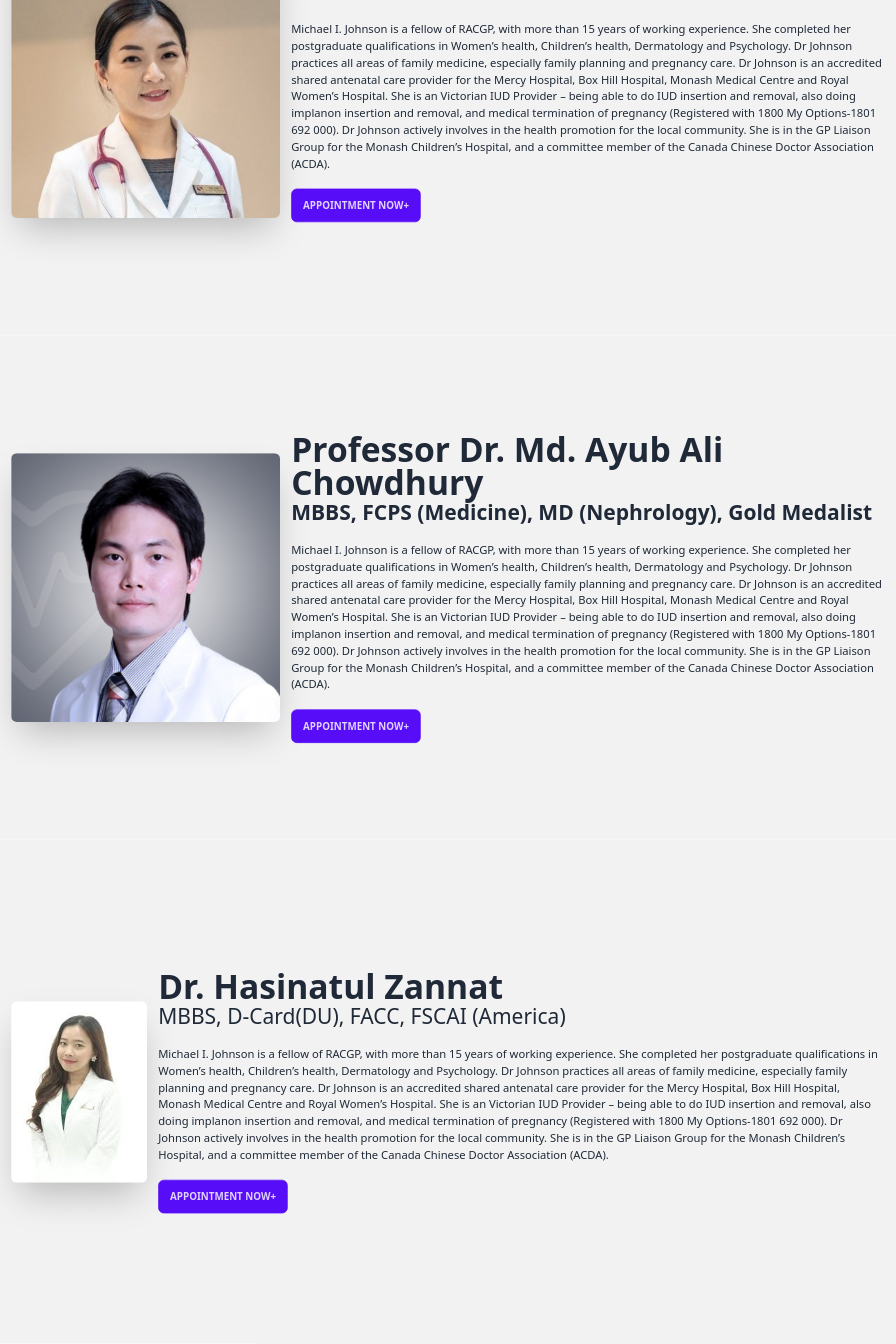
Repository: salmaakter11/Medical-Health
Page: /
The author's editor kept a copy of each file at every save. The page is drawn from the files as they stood at one save, then again after the next save.
The browser window is 1280 px wide. The pictures show the part of the page from y = 1168 to 3088 px (the page is 3088 px tall), at 70% of full size.
The project was rebuilt for these pictures with package versions that can differ from the ones it lists, and the page was loaded fresh each time. Also part of the build but not shown: vite.config.js.

Above is the page before, as saved 2023-07-10 21:50:50.

After the next save:
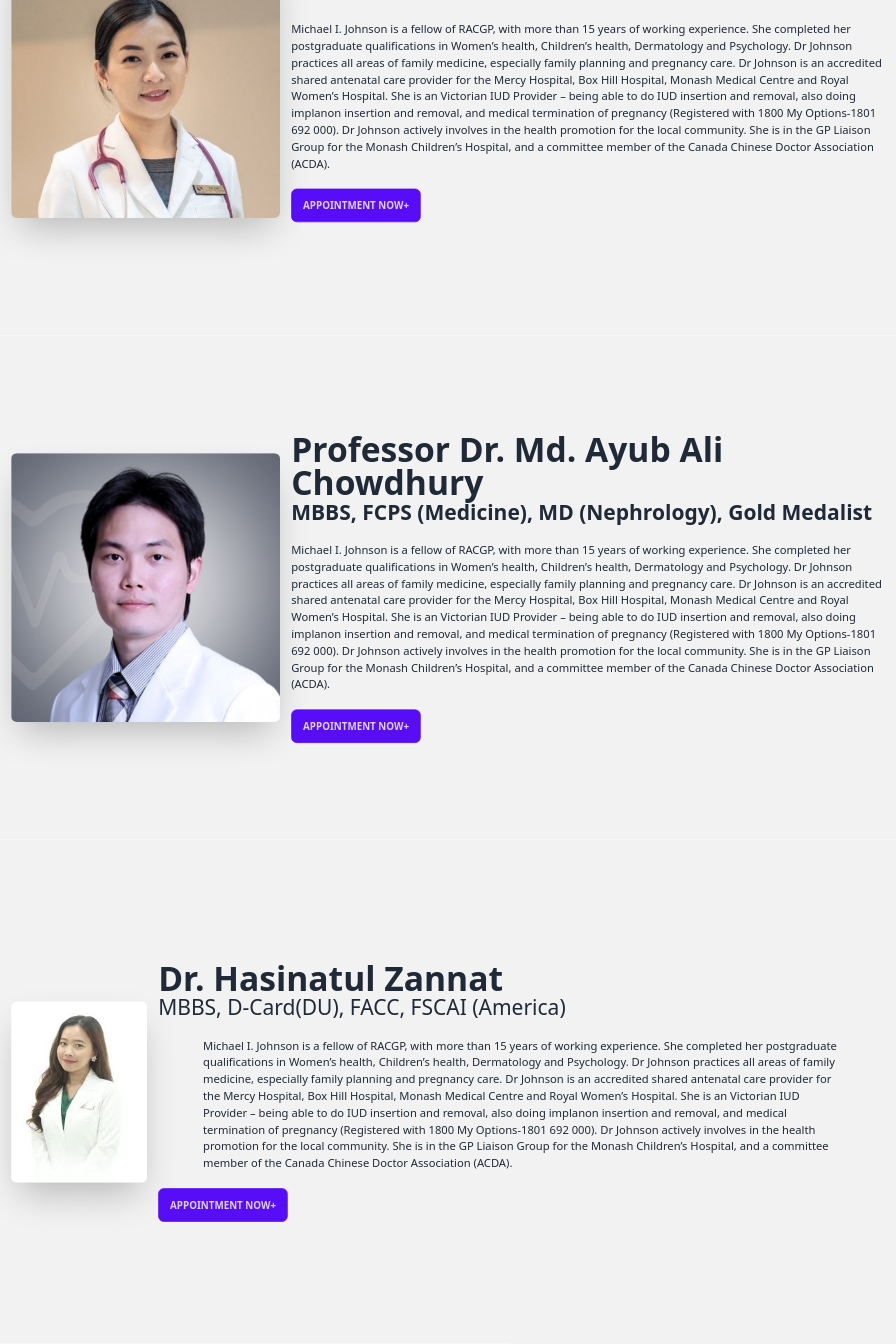
Saved 23 s later.
--- a/src/component/Doctor's/Doctor.jsx
+++ b/src/component/Doctor's/Doctor.jsx
@@ -46,7 +46,7 @@
     <div>
       <h1 className="text-5xl font-bold">Dr. Hasinatul Zannat</h1>
       <h6 className="text-3xl">MBBS, D-Card(DU), FACC, FSCAI (America)</h6>
-      <p className="py-6">Michael I. Johnson is a fellow of RACGP, with more than 15 years of working experience. She completed her postgraduate qualifications in Women’s health, Children’s health, Dermatology and Psychology.
+      <p className="py-6 px-16">Michael I. Johnson is a fellow of RACGP, with more than 15 years of working experience. She completed her postgraduate qualifications in Women’s health, Children’s health, Dermatology and Psychology.
 Dr Johnson practices all areas of family medicine, especially family planning and pregnancy care. Dr Johnson is an accredited shared antenatal care provider for the Mercy Hospital, Box Hill Hospital, Monash Medical Centre and Royal Women’s Hospital. She is an Victorian IUD Provider – being able to do IUD insertion and removal, also doing implanon insertion and removal, and medical termination of pregnancy (Registered with 1800 My Options-1801 692 000).
 Dr Johnson actively involves in the health promotion for the local community. She is in the GP Liaison Group for the Monash Children’s Hospital, and a committee member of the Canada Chinese Doctor Association (ACDA).</p>
       <button className="btn btn-primary">Appointment Now+</button>
